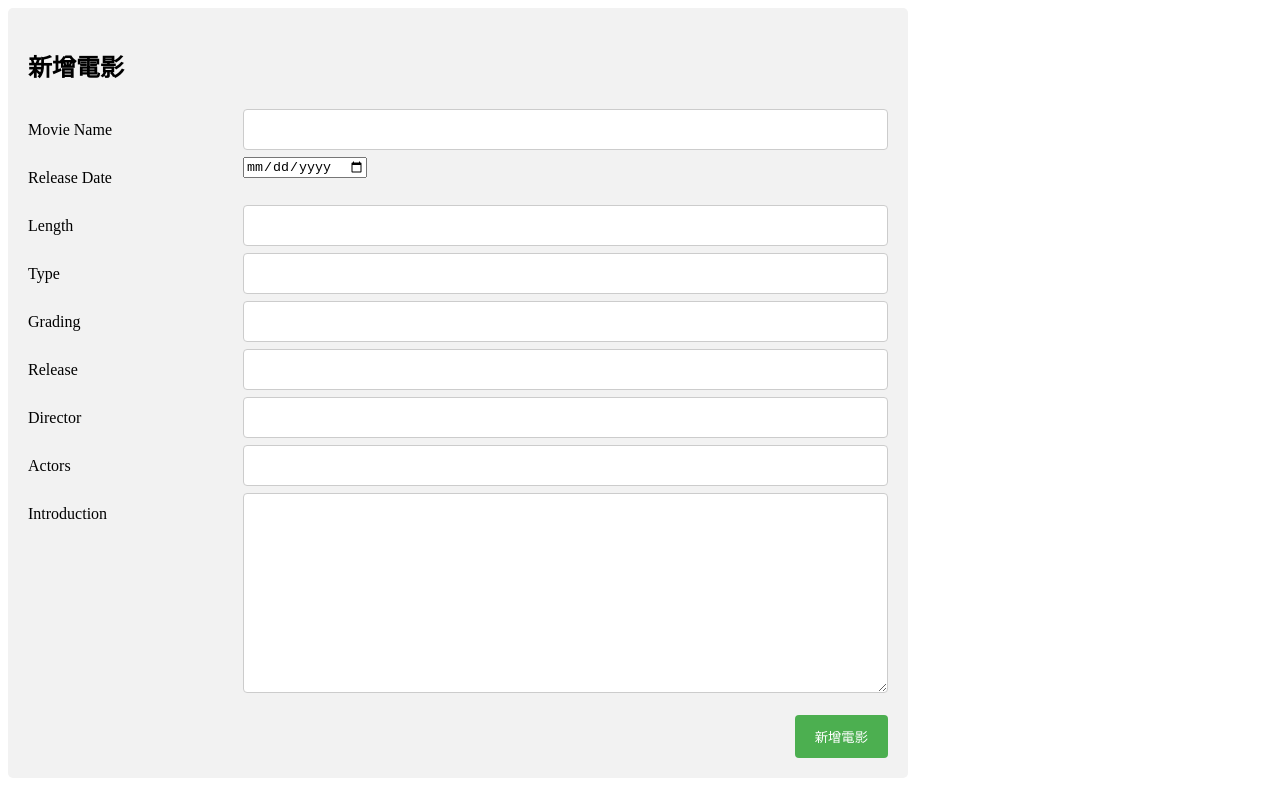
Repository: PEICHI26/Cinema
Page: http://localhost/Cinema/Create.jsp
These files come from the project's save history. The page is drawn as it stood at one moment and after the next save; the edit follows.
The browser window is 1280 px wide. The pictures show the whole page.
The page is served by Tomcat 9. Nobody is signed in. The application's start-up code is not run. Other server files are loaded and not shown.

Above is the page before, as saved 2021-12-17 06:54:58.

### Cinema/src/main/webapp/Create.jsp
<%@ page language="java" contentType="text/html; charset=UTF-8"
	pageEncoding="UTF-8"%>
<!DOCTYPE html>
<html>
<head>
<meta charset="UTF-8">
<title>Create Movie</title>
<style>
* {
	box-sizing: border-box;
}

input[type=text], select, textarea {
	width: 100%;
	padding: 12px;
	border: 1px solid #ccc;
	border-radius: 4px;
	resize: vertical;
}

label {
	padding: 12px 12px 12px 0;
	display: inline-block;
}

input[type=submit] {
	background-color: #4CAF50;
	color: white;
	padding: 12px 20px;
	border: none;
	border-radius: 4px;
	cursor: pointer;
	float: right;
}

input[type=submit]:hover {
	background-color: #45a049;
}

.container {
	border-radius: 5px;
	background-color: #f2f2f2;
	padding: 20px;
	width: 900px;
}

.col-25 {
	float: left;
	width: 25%;
	margin-top: 6px;
}

.col-75 {
	float: left;
	width: 75%;
	margin-top: 6px;
}

/* Clear floats after the columns */
.row:after {
	content: "";
	display: table;
	clear: both;
}

/* Responsive layout - when the screen is less than 600px wide, make the two columns stack on top of each other instead of next to each other */
@media screen and (max-width: 600px) {
	.col-25, .col-75, input[type=submit] {
		width: 100%;
		margin-top: 0;
	}
}
</style>
</head>

<body>
	<div class="container">
		<h2>新增電影</h2>
		<form action="./MovieServlet" method="post"
			enctype="multipart/form-data">
			<div class="row">
				<div class="col-25">
					<label for="moviename">Movie Name</label>
				</div>
				<div class="col-75">
					<input type="text" id="moviename" name="moviename" placeholder="">
				</div>
			</div>
			<div class="row">
				<div class="col-25">
					<label for="moviename">Release Date</label>
				</div>
				<div class="col-75">
					<input type="date" id="rdate" name="rdate">
				</div>
			</div>
			<div class="row">
				<div class="col-25">
					<label for="movielength">Length</label>
				</div>
				<div class="col-75">
					<input type="text" id="movielength" name="movielength"
						placeholder="">
				</div>
			</div>
			<div class="row">
				<div class="col-25">
					<label for="type">Type</label>
				</div>
				<div class="col-75">
					<input type="text" id="type" name="type" placeholder="">
				</div>
			</div>
			<div class="row">
				<div class="col-25">
					<label for="grading">Grading</label>
				</div>
				<div class="col-75">
					<input type="text" id="grading" name="grading" placeholder="">
				</div>
			</div>
			<div class="row">
				<div class="col-25">
					<label for="release">Release</label>
				</div>
				<div class="col-75">
					<input type="text" id="release" name="release" placeholder="">
				</div>
			</div>
			<div class="row">
				<div class="col-25">
					<label for="director">Director</label>
				</div>
				<div class="col-75">
					<input type="text" id="director" name="director" placeholder="">
				</div>
			</div>
			<div class="row">
				<div class="col-25">
					<label for="actors">Actors</label>
				</div>
				<div class="col-75">
					<input type="text" id="actors" name="actors" placeholder="">
				</div>
			</div>
			<div class="row">
				<div class="col-25">
					<label for="intro">Introduction</label>
				</div>
				<div class="col-75">
					<textarea id="intro" name="intro" placeholder=""
						style="height: 200px"></textarea>
				</div>
			</div>
			<br>
			<div class="row">
				<input type="submit" name="INSERT" value="新增電影">
			</div>
		</form>
	</div>
</body>
</html>

### Cinema/src/main/webapp/copyright.jspf
<h2> Copyright   2021 </h2>

After the next save:
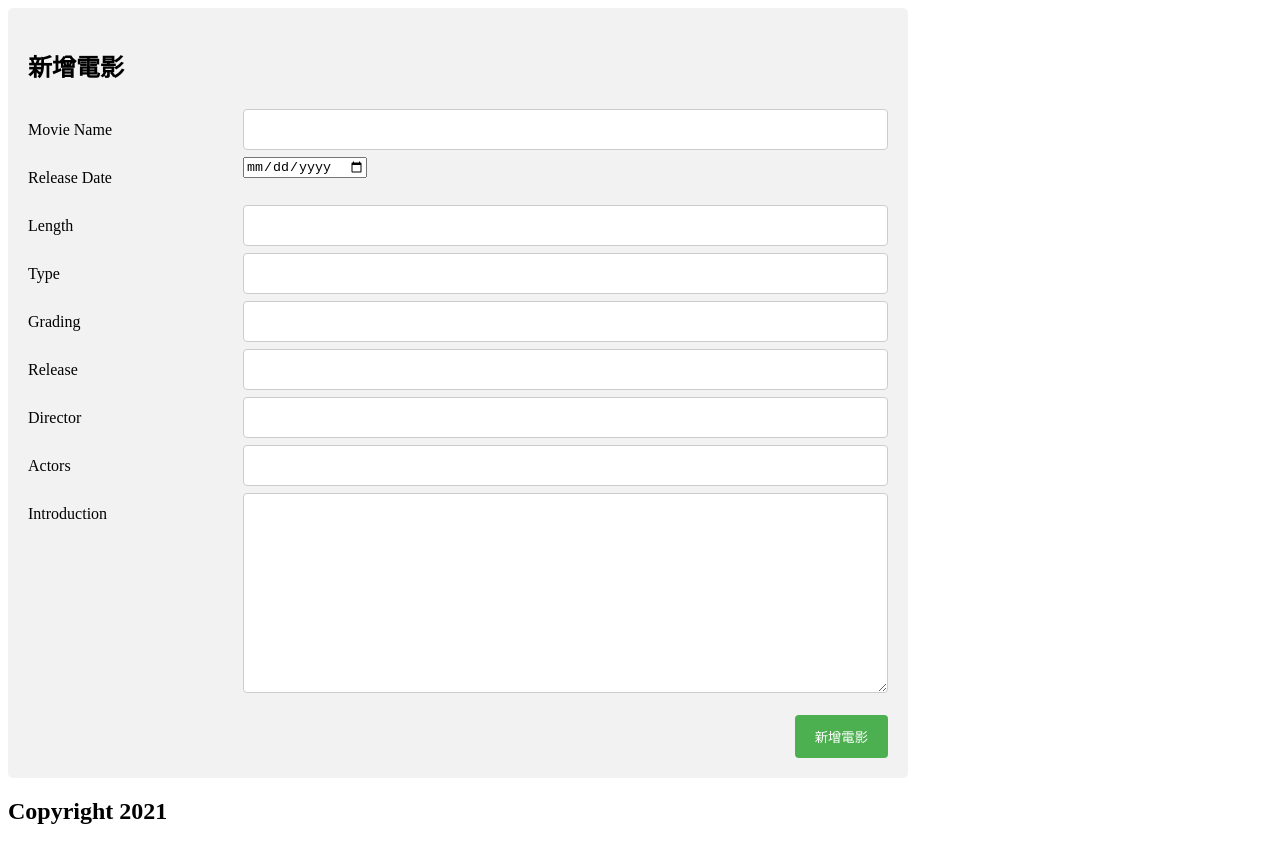
Saved 3 min 3 s later.
--- a/Cinema/src/main/webapp/Create.jsp
+++ b/Cinema/src/main/webapp/Create.jsp
@@ -158,5 +158,6 @@ input[type=submit]:hover {
 			</div>
 		</form>
 	</div>
+	<%@ include file="copyright.jspf" %>
 </body>
 </html>
